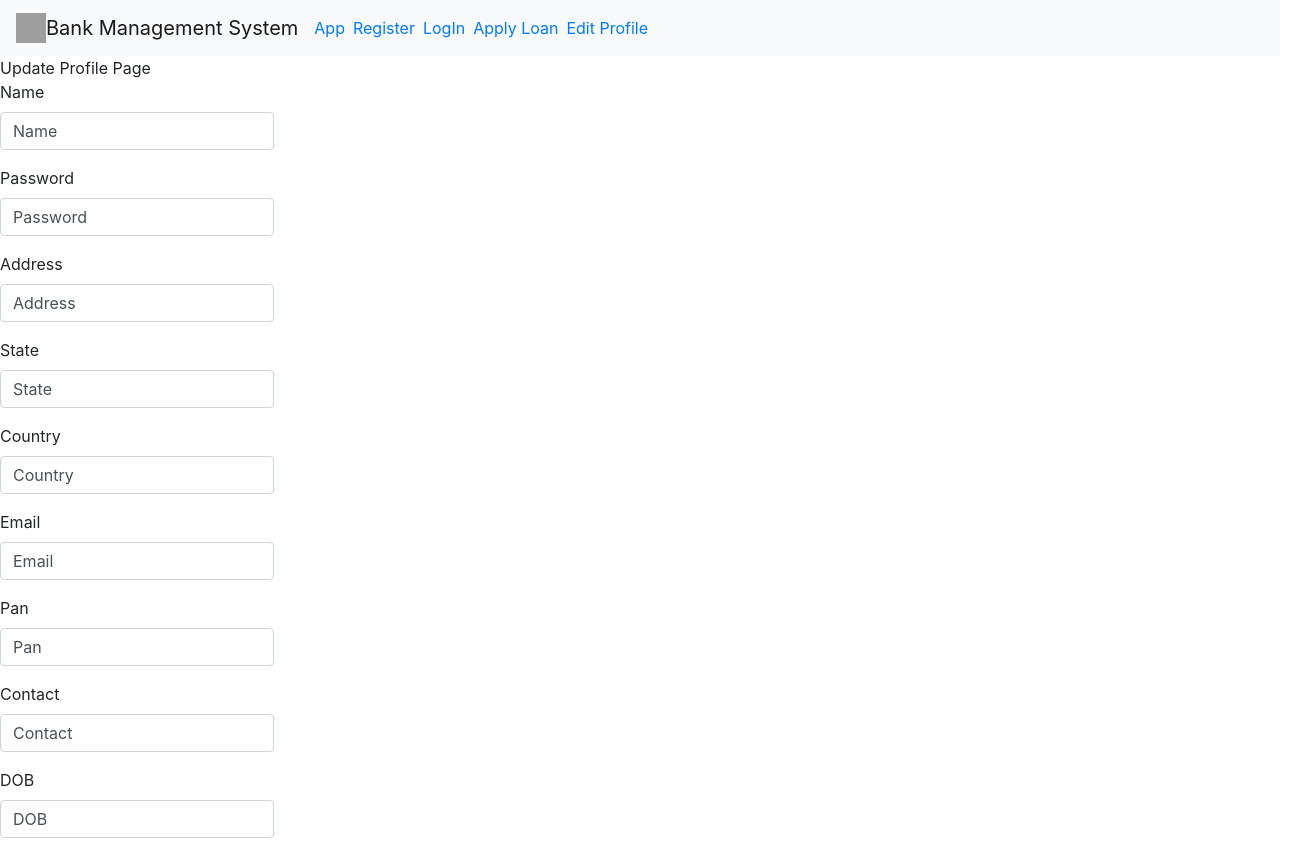
Repository: Nilkumar-Sharma/Bank-Management-System-Frontend-React
Page: /edit
The author's editor kept a copy of each file at every save. The page is drawn from the files as they stood at one save, then again after the next save.
The browser window is 1280 px wide. The page is 1295 px wide, so the pictures cover 1295 px, including what lies to the right of the window. The pictures show the whole page.
Pictures or frames that could not be fetched are drawn as grey boxes. The project was rebuilt for these pictures with package versions that can differ from the ones it lists, and the page was loaded fresh each time. Also part of the build but not shown: src/App.css, src/components/Shared/MyButton/MyButton.js, src/Counter/Counter.js, src/App.js, src/components/Register/Register.module.scss, src/components/Register/Register.js, src/components/LogIn/LogIn.module.scss, src/components/LogIn/LogIn.js and 2 more.

Above is the page before, as saved 2020-07-28 13:33:32.

### src/index.js
import React from 'react';
import ReactDOM from 'react-dom';
import './index.css';
import App from './App';
import * as serviceWorker from './serviceWorker';
import { Provider } from 'react-redux'
import { createStore } from 'redux'
import rootReducer from './store/reducer'
import { BrowserRouter, Switch,Route,Link } from 'react-router-dom';
import Register from './components/Register/Register'
import { createBrowserHistory } from 'history';
import 'bootstrap/dist/css/bootstrap.min.css';
import LogIn from './components/LogIn/LogIn';
import Loan from './components/Loan/Loan'
import UpdateProfile from './components/Profile/UpdateProfile';

const store = createStore(rootReducer);
store.subscribe(_=>console.log(store.getState()))

ReactDOM.render(
  <Provider store={store}>
    <React.StrictMode>
      <BrowserRouter>

        <nav className="navbar navbar-expand-lg navbar-light bg-light ">
          {/* header */}
          <a className="navbar-brand" href="#">
            <img src="/docs/4.0/assets/brand/bootstrap-solid.svg" width="30" height="30" className="d-inline-block align-top" alt=""></img>
              Bank Management System
  </a>

          <ul className="navbar-nav  mr-auto">
          <li className="nav-item mr-2">
            <Link to="/">App</Link>
            </li>
            <li className="nav-item mr-2">
            <Link to="/register">Register</Link>
          </li>
            <li className="nav-item mr-2">
            <Link to="/login">LogIn</Link>
            </li>
            <li className="nav-item mr-2">
              <Link to="/loan">Apply Loan</Link>
            </li>
            <li className="nav-item mr-2">
              <Link to="/edit">Edit Profile</Link>
            </li>
          </ul>
        </nav>


      {/* A <Switch> looks through its children <Route>s and
            renders the first one that matches the current URL. */}
      <Switch>
        <Route exact path="/">
          <App />
          </Route>
          <Route exact path="/register">
            <Register />
          </Route>
          <Route path="/login">
            <LogIn/>
          </Route>
          <Route path="/loan">
            <Loan></Loan>
          </Route>
          <Route path="/edit">
            <UpdateProfile></UpdateProfile>
          </Route>
      </Switch>
      </BrowserRouter>
    </React.StrictMode>

  </Provider>,
  document.getElementById('root')
);

// If you want your app to work offline and load faster, you can change
// unregister() to register() below. Note this comes with some pitfalls.
// Learn more about service workers: https://bit.ly/CRA-PWA
serviceWorker.unregister();

### src/store/reducer.js
const initialState = {
    counter: 0
};

const rootReducer = (state = initialState, action) => {
    switch (action.type){
    case "INC":
            return { counter: state.counter + 1 }
        case "DEC":
            return { counter: state.counter - 1 }
        default:
            return state
}
}
export default rootReducer;

### src/components/Profile/UpdateProfile.js
import React, { Component } from 'react'
import InputField from '../Shared/InputField/InputField'
/**
 * As a Customer, I should be able to login so that I can update my account details in the system
 * Acceptance criteria: When the Customer logs in, he should be able to update his account details.
 *  extra  Name, Username, Password, Address, State, Country, Email Address, PAN, Contact No, DOB,
 * Account Type etc
 */
class UpdateProfile extends Component{
    constructor(props) {
        super(props);
        this.state = {
            // name:""
        }
        this.handleInputField.bind(this);
    }
    // setS(data) {
        // console.log("daata")
        // this.setState(data)
    // }
     handleInputField = (event)=> {
        this.setState({
                [event.target.name]:event.target.value
        },()=>console.log(this.state));
        //  console.log(this.eve)

    }

    render() {
        return (<div>
            {this.state.Name}
            Update Profile Page
            <InputField Label="Name" name="Name" changes={this.handleInputField}></InputField>
            <InputField Label="Password" name="Password" changes={this.handleInputField}></InputField>
            <InputField Label="Address" name="Address" changes={this.handleInputField}></InputField>
            <InputField Label="State" name="State" changes={this.handleInputField}></InputField>

            <InputField Label="Country" name="Country" changes={this.handleInputField}></InputField>
            <InputField Label="Email" name="Email" changes={this.handleInputField}></InputField>
            <InputField Label="Pan" name="Pan" changes={this.handleInputField}></InputField>
            <InputField Label="Contact" name="Contact" changes={this.handleInputField}></InputField>
            <InputField Label="DOB" name="DOB" changes={this.handleInputField}></InputField>

        </div>)
    }
}
export default UpdateProfile;

### src/components/Shared/InputField/InputField.js
import React, { Component } from 'react';
class InputField extends Component {
    static defaultProps = {
        type: "text",
        changes:(e)=>console.log(e.target),
        label: "Label",
        classes: "",
        value: "",
        id: "setId",
        name: "name",
        placeHolder: "P laceHolder Here",
    }
    constructor(props) {
        super(props);
        this.state = {
            value: this.props.Label
        }

    }
    handleChange(event) {
        this.setState({ value: event.target.value });
        this.props.changes(event);
    }

    render() {
        return (
            // <div className="container-fluid">
            <div className="row">
                <div class="form-group inline">
                <div className="col">
                    <label htmlFor={this.props.id}>{this.props.Label}</label>

                </div>
                <div className="col">
                        <input className="form-control" name={this.props.name} id={this.props.id} type={this.props.type} onChange={
                        // (this.props.changes) || ((e)=>{this.setState({value:e.target.value})})
                        (event) =>
                            this.handleChange(event)
                    } placeholder={this.props.placeHolder} value={this.state.value}></input>

                    </div>
                </div>
            </div>
        )
    }
}
export default InputField;

Loaded but not shown: public/index.html (common file); src/index.css (common file); src/serviceWorker.js (common file)

After the next save:
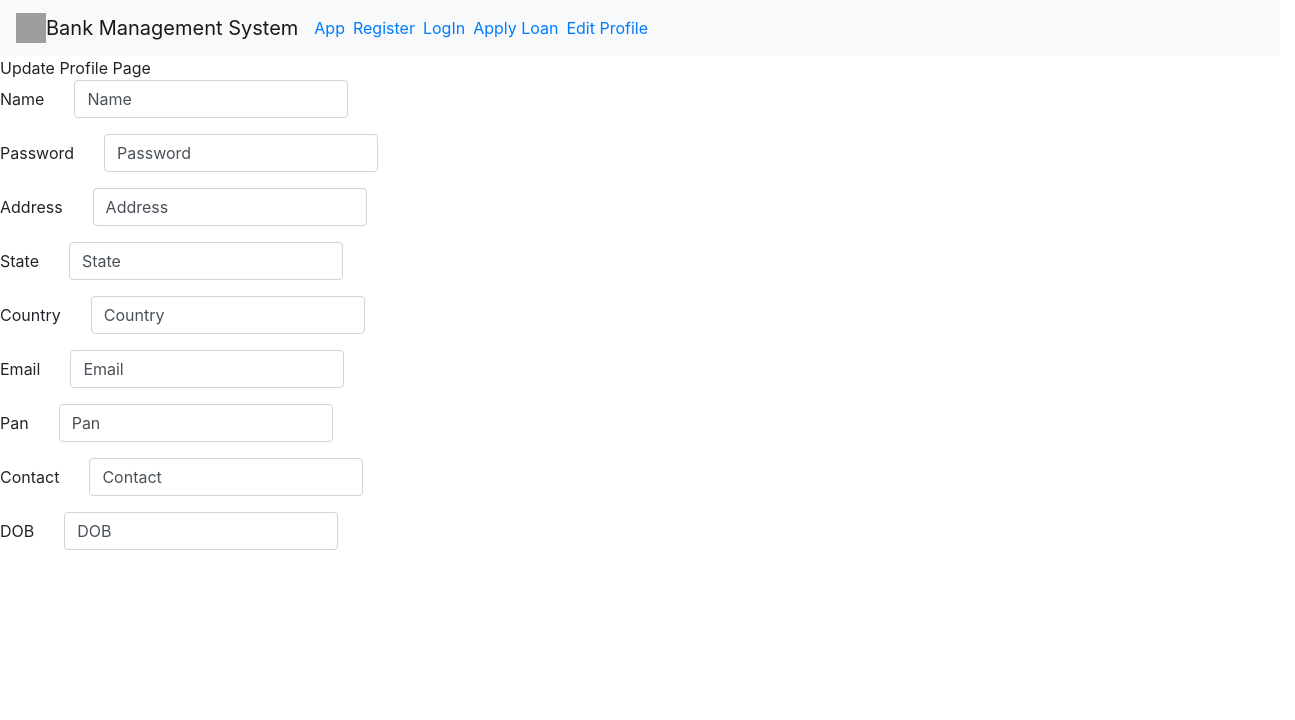
Saved 26 s later.
--- a/src/components/Shared/InputField/InputField.js
+++ b/src/components/Shared/InputField/InputField.js
@@ -26,7 +26,7 @@ class InputField extends Component {
         return (
             // <div className="container-fluid">
             <div className="row">
-                <div class="form-group inline">
+                <div class="form-group form-inline" >
                 <div className="col">
                     <label htmlFor={this.props.id}>{this.props.Label}</label>
 
